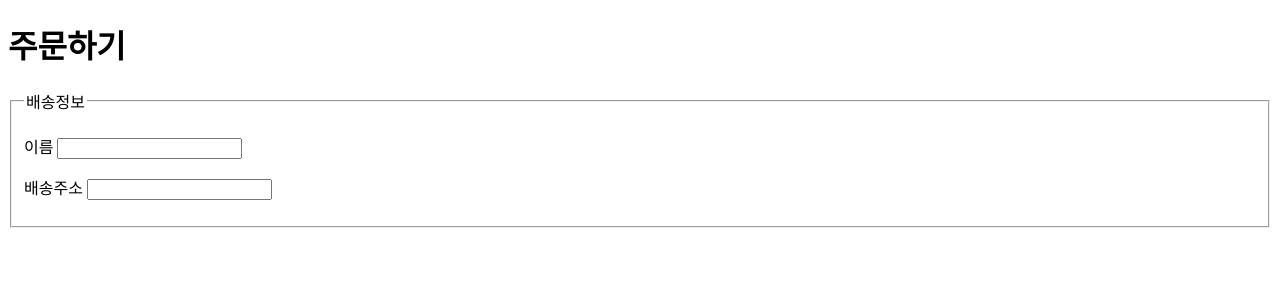
Repository: Kebiskim/2023_WebStudy
Page: 01_01_html/src/main/webapp/day04/Ex04_Delivery_Info2.html
The author's editor kept a copy of each file at every save. The page is drawn from the files as they stood at one save, then again after the next save.
The browser window is 1280 px wide. The pictures show the whole page.

Above is the page before, as saved 2023-06-22 05:46:25.

After the next save:
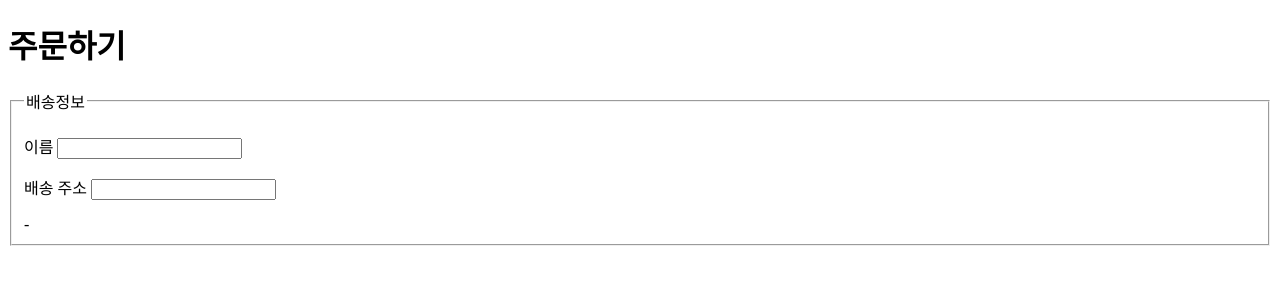
Saved 41 s later.
--- a/01_01_html/src/main/webapp/day04/Ex04_Delivery_Info2.html
+++ b/01_01_html/src/main/webapp/day04/Ex04_Delivery_Info2.html
@@ -19,9 +19,10 @@
 					<input type="text" id="uname" name="name">
 				</p>
 				<p>
-					<label for="uname">배송주소</label>
+				<!-- id랑 name이랑 같아도 상관 없다! -->
+					<label for="addr">배송 주소</label>
 					<input type="text" id="uname" name="name">
-				</p>
+				</p>-
 			</fieldset>
 		</form>
 	</div>
